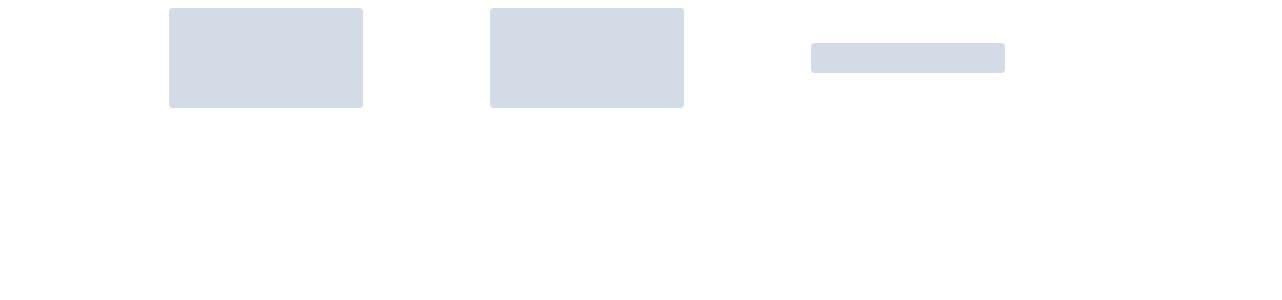
Repository: lagezhou888/element-vue2
Page: /#/button
An editor plug-in stored every save of this project. The page is shown before and after the next save, followed by the edit.
The browser window is 1280 px wide. The page is 1282 px wide, so the pictures cover 1282 px, including what lies to the right of the window. The pictures show the whole page.
The project was rebuilt for these pictures with package versions that can differ from the ones it lists, and the page was loaded fresh each time. Also part of the build but not shown: src/components/HelloWorld.vue, src/views/Home.vue.

Above is the page before, as saved 2021-05-13 11:32:57.

### src/main.js
import Vue from 'vue'
import ElementUI from 'element-ui'
import 'element-ui/lib/theme-chalk/index.css'
import App from './App.vue'

// fade/zoom 等
import 'element-ui/lib/theme-chalk/base.css'
// collapse 展开折叠
import CollapseTransition from 'element-ui/lib/transitions/collapse-transition'

import router from './router'
import store from './store'
import '@/plugins/element.js'

Vue.component(CollapseTransition.name, CollapseTransition)
Vue.use(ElementUI, { size: 'small', zIndex: 3000 })
Vue.use(ElementUI)
Vue.config.productionTip = false

new Vue({
  router,
  store,
  render: h => h(App)
}).$mount('#app')

### src/App.vue
<template>
  <div id="app">
    <!-- <div id="nav">
      <router-link to="/">Home</router-link> |
      <router-link to="/about">About</router-link>
    </div> -->
    <router-view/>
  </div>
</template>

<style lang="less">
#app {
  font-family: Avenir, Helvetica, Arial, sans-serif;
  -webkit-font-smoothing: antialiased;
  -moz-osx-font-smoothing: grayscale;
  text-align: center;
  color: #2c3e50;
}

#nav {
  padding: 30px;

  a {
    font-weight: bold;
    color: #2c3e50;

    &.router-link-exact-active {
      color: #42b983;
    }
  }
}
</style>

### src/router/index.js
import Vue from 'vue'
import VueRouter from 'vue-router'
import Home from '../views/Home.vue'

Vue.use(VueRouter)

const routes = [
  {
    path: '/',
    name: 'Home',
    component: Home
  },
  {
    path: '/about',
    name: 'About',
    // route level code-splitting
    // this generates a separate chunk (about.[hash].js) for this route
    // which is lazy-loaded when the route is visited.
    component: () => import(/* webpackChunkName: "about" */ '../views/About.vue')
  },
  {
    path: '/button',
    name: 'button',
    component: () => import('../views/components/use-button.vue')
  }
]

const router = new VueRouter({
  routes
})

export default router

### src/plugins/element.js
import Vue from 'vue'
import {
  Pagination,
  Dialog,
  Autocomplete,
  Dropdown,
  DropdownMenu,
  DropdownItem,
  Menu,
  Submenu,
  MenuItem,
  MenuItemGroup,
  Input,
  InputNumber,
  Radio,
  RadioGroup,
  RadioButton,
  Checkbox,
  CheckboxButton,
  CheckboxGroup,
  Switch,
  Select,
  Option,
  OptionGroup,
  Button,
  ButtonGroup,
  Table,
  TableColumn,
  DatePicker,
  TimeSelect,
  TimePicker,
  Popover,
  Tooltip,
  Breadcrumb,
  BreadcrumbItem,
  Form,
  FormItem,
  Tabs,
  TabPane,
  Tag,
  Tree,
  Alert,
  Slider,
  Icon,
  Row,
  Col,
  Upload,
  Progress,
  Spinner,
  Badge,
  Card,
  Rate,
  Steps,
  Step,
  Carousel,
  CarouselItem,
  Collapse,
  CollapseItem,
  Cascader,
  ColorPicker,
  Transfer,
  Container,
  Header,
  Aside,
  Main,
  Footer,
  Timeline,
  TimelineItem,
  Link,
  Divider,
  Image,
  Calendar,
  Backtop,
  PageHeader,
  CascaderPanel,
  Loading,
  MessageBox,
  Message,
  Notification
} from 'element-ui'

Vue.use(Pagination)
Vue.use(Dialog)
Vue.use(Autocomplete)
Vue.use(Dropdown)
Vue.use(DropdownMenu)
Vue.use(DropdownItem)
Vue.use(Menu)
Vue.use(Submenu)
Vue.use(MenuItem)
Vue.use(MenuItemGroup)
Vue.use(Input)
Vue.use(InputNumber)
Vue.use(Radio)
Vue.use(RadioGroup)
Vue.use(RadioButton)
Vue.use(Checkbox)
Vue.use(CheckboxButton)
Vue.use(CheckboxGroup)
Vue.use(Switch)
Vue.use(Select)
Vue.use(Option)
Vue.use(OptionGroup)
Vue.use(Button)
Vue.use(ButtonGroup)
Vue.use(Table)
Vue.use(TableColumn)
Vue.use(DatePicker)
Vue.use(TimeSelect)
Vue.use(TimePicker)
Vue.use(Popover)
Vue.use(Tooltip)
Vue.use(Breadcrumb)
Vue.use(BreadcrumbItem)
Vue.use(Form)
Vue.use(FormItem)
Vue.use(Tabs)
Vue.use(TabPane)
Vue.use(Tag)
Vue.use(Tree)
Vue.use(Alert)
Vue.use(Slider)
Vue.use(Icon)
Vue.use(Row)
Vue.use(Col)
Vue.use(Upload)
Vue.use(Progress)
Vue.use(Spinner)
Vue.use(Badge)
Vue.use(Card)
Vue.use(Rate)
Vue.use(Steps)
Vue.use(Step)
Vue.use(Carousel)
Vue.use(CarouselItem)
Vue.use(Collapse)
Vue.use(CollapseItem)
Vue.use(Cascader)
Vue.use(ColorPicker)
Vue.use(Transfer)
Vue.use(Container)
Vue.use(Header)
Vue.use(Aside)
Vue.use(Main)
Vue.use(Footer)
Vue.use(Timeline)
Vue.use(TimelineItem)
Vue.use(Link)
Vue.use(Divider)
Vue.use(Image)
Vue.use(Calendar)
Vue.use(Backtop)
Vue.use(PageHeader)
Vue.use(CascaderPanel)

Vue.use(Loading.directive)

Vue.prototype.$loading = Loading.service
Vue.prototype.$msgbox = MessageBox
Vue.prototype.$alert = MessageBox.alert
Vue.prototype.$confirm = MessageBox.confirm
Vue.prototype.$prompt = MessageBox.prompt
Vue.prototype.$notify = Notification
Vue.prototype.$message = Message

### src/views/components/use-button.vue
<template>
  <div>
    <el-row :gutter="20" tag="span" type="flex" align="middle" justify="start">
      <el-col :span="4" :offset="3"><div class="grid-content bg-purple"></div></el-col>
      <el-col :span="4" :push="2"><div class="kong">&nbsp;</div></el-col>
      <el-col :span="4" :pull="2"><div class="grid-content bg-purple"></div></el-col>
      <el-col :span="4"><div class="grid-content-last bg-purple"></div></el-col>
    </el-row>
  </div>
</template>

<script>
export default ({

})
</script>

<style lang="less" scoped>
  @minH: 100px;
  .bg-purple {
    background: #d3dce6;
  }
  .grid-content {
    border-radius: 4px;
    min-height: @minH;
  }
  .grid-content-last {
    border-radius: 4px;
    min-height: 30px;
  }
  .kong {
    min-height: 1px;
  }
</style>

Loaded but not shown: public/index.html (common file); src/store/index.js (common file)

After the next save:
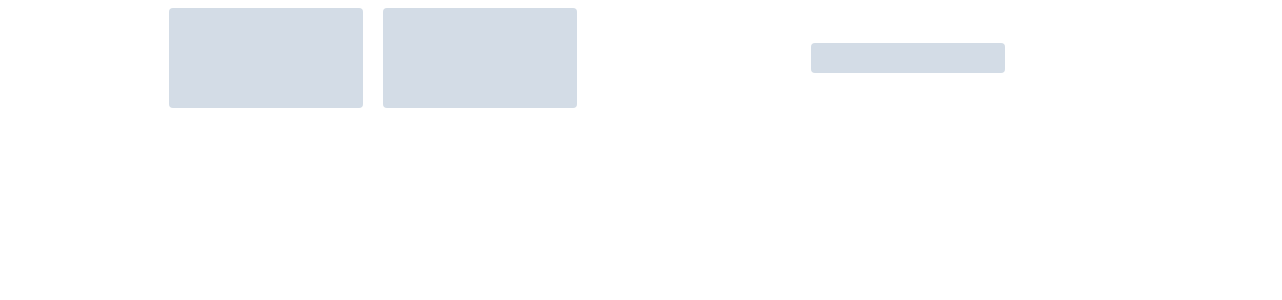
Saved 15 s later.
--- a/src/views/components/use-button.vue
+++ b/src/views/components/use-button.vue
@@ -3,7 +3,7 @@
     <el-row :gutter="20" tag="span" type="flex" align="middle" justify="start">
       <el-col :span="4" :offset="3"><div class="grid-content bg-purple"></div></el-col>
       <el-col :span="4" :push="2"><div class="kong">&nbsp;</div></el-col>
-      <el-col :span="4" :pull="2"><div class="grid-content bg-purple"></div></el-col>
+      <el-col :span="4" :pull="4"><div class="grid-content bg-purple"></div></el-col>
       <el-col :span="4"><div class="grid-content-last bg-purple"></div></el-col>
     </el-row>
   </div>
